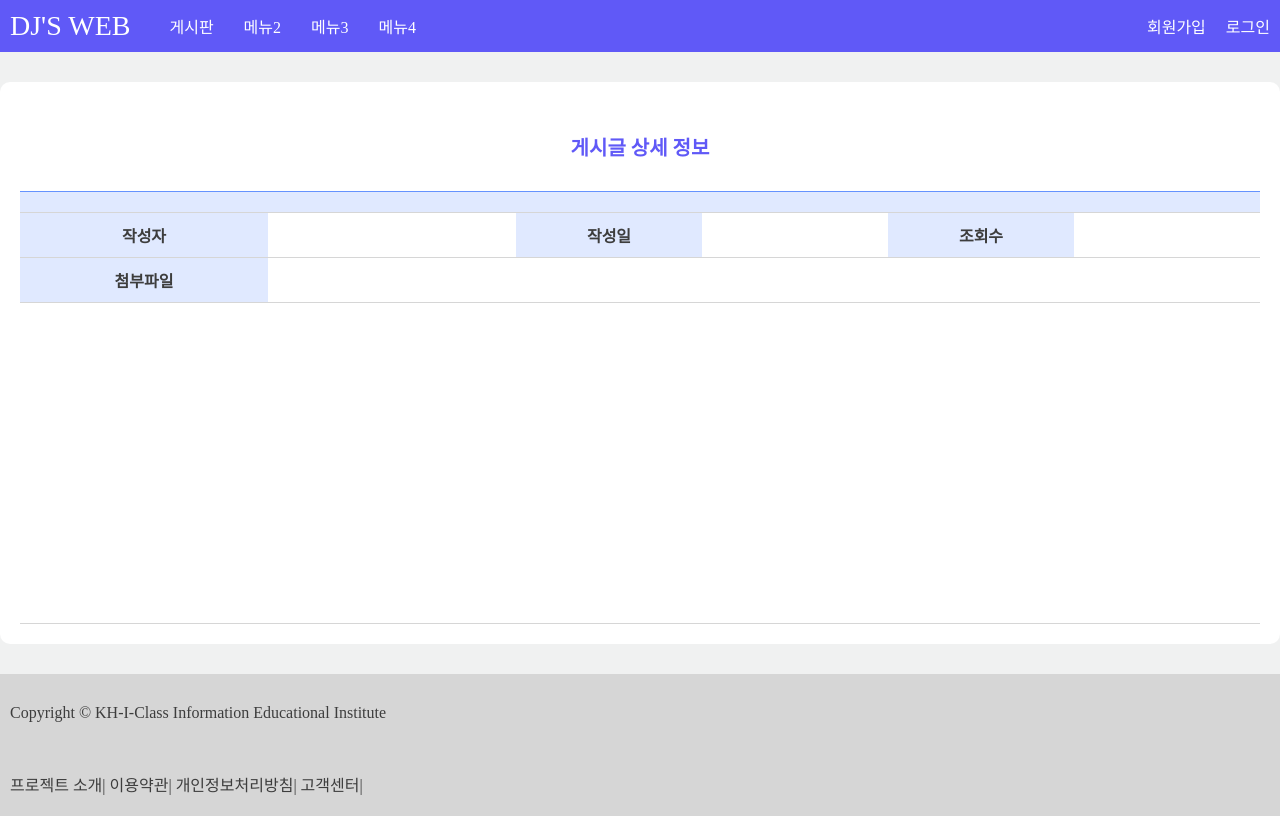
Repository: Godzilla-Man/codingStudy
Page: http://localhost/server_06_notice/notice/view
An editor plug-in stored every save of this project. The page is shown before and after the next save, followed by the edit.
The browser window is 1280 px wide. The pictures show the whole page.
Some web fonts or font styles are not loaded; a fallback is used. The page is served by Tomcat 9. Queries for data that is not in the repository find no rows.

Above is the page before, as saved 2025-05-13 02:18:36.

After the next save:
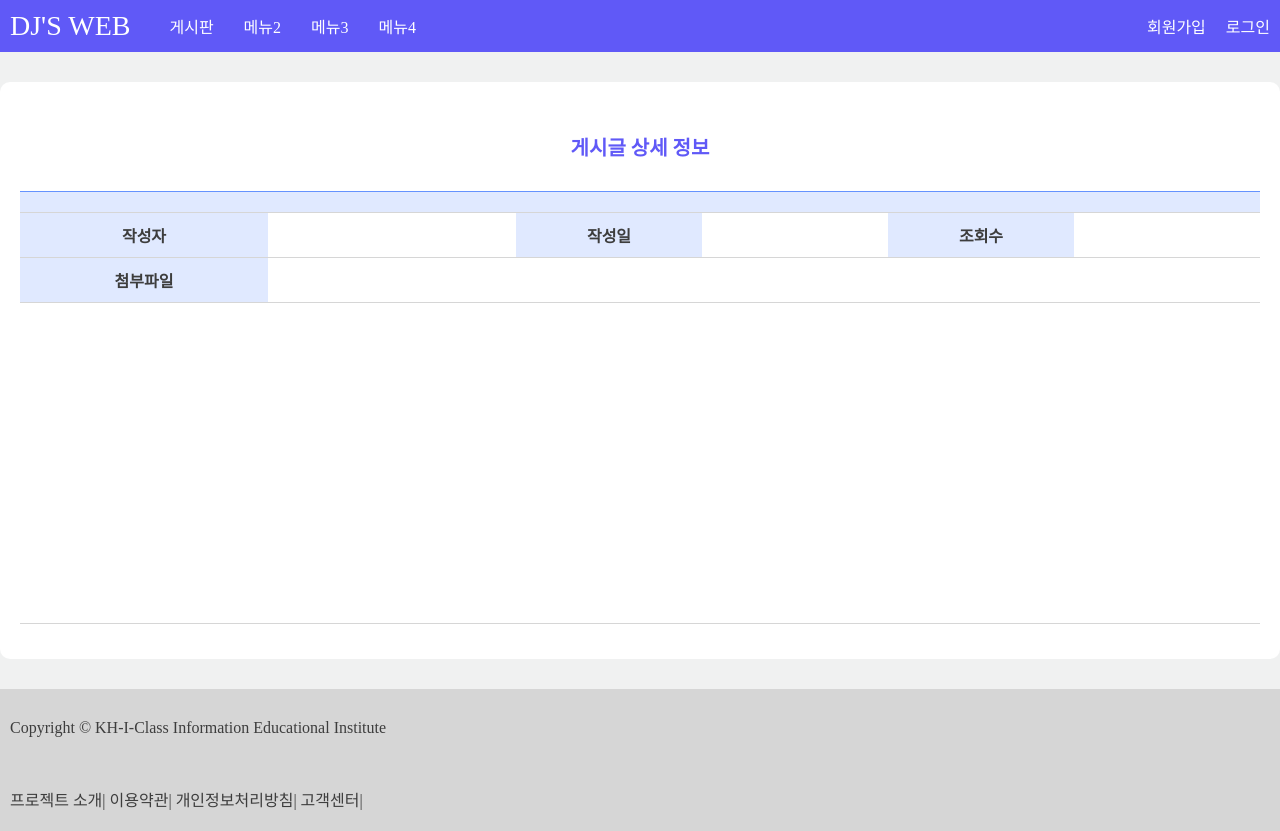
Saved 115 s later.
--- a/server_06_notice/src/main/webapp/WEB-INF/views/notice/view.jsp
+++ b/server_06_notice/src/main/webapp/WEB-INF/views/notice/view.jsp
@@ -43,6 +43,9 @@
 	.commentBox ul {
 		margin-bottom : 15px;
 		border-bottom : solid 1px var(--gray5);
+	}
+	.commentBox {
+		margin-top : 15px;
 	}
 </style>
 
